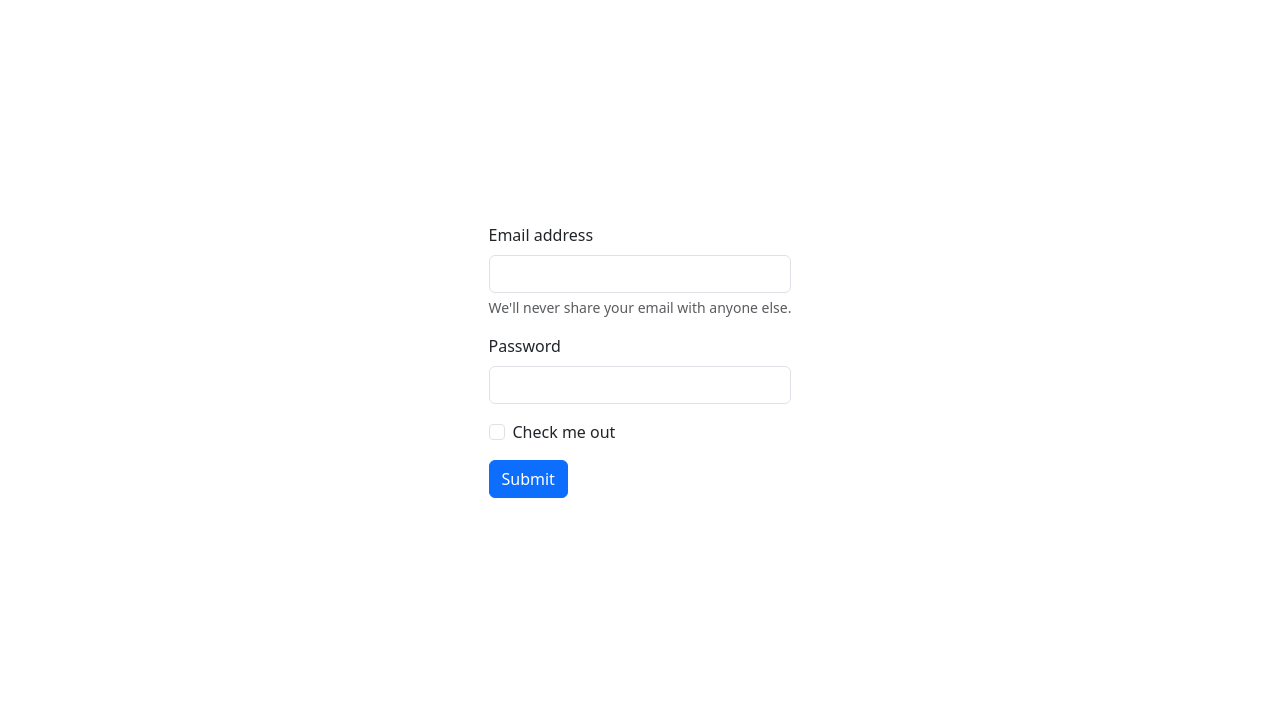
Repository: Nicktacku/webdev
Page: form.html
These files come from the project's save history. The page is drawn as it stood at one moment and after the next save; the edit follows.
The browser window is 1280 px wide. The pictures show the whole page.

Above is the page before, as saved 2024-07-15 16:11:36.

### form.html
<!DOCTYPE html>
<html lang="en">
  <head>
    <meta charset="UTF-8" />
    <meta name="viewport" content="width=device-width, initial-scale=1.0" />
    <title>Document</title>
    <link
      href="https://cdn.jsdelivr.net/npm/bootstrap@5.3.3/dist/css/bootstrap.min.css"
      rel="stylesheet"
      integrity="sha384-QWTKZyjpPEjISv5WaRU9OFeRpok6YctnYmDr5pNlyT2bRjXh0JMhjY6hW+ALEwIH"
      crossorigin="anonymous"
    />
  </head>
  <body>
    <div
      class="container min-vh-100 align-items-center d-flex justify-content-center"
    >
      <form>
        <div class="mb-3">
          <label for="exampleInputEmail1" class="form-label"
            >Email address</label
          >
          <input
            type="email"
            class="form-control"
            id="exampleInputEmail1"
            aria-describedby="emailHelp"
          />
          <div id="emailHelp" class="form-text">
            We'll never share your email with anyone else.
          </div>
        </div>
        <div class="mb-3">
          <label for="exampleInputPassword1" class="form-label">Password</label>
          <input
            type="password"
            class="form-control"
            id="exampleInputPassword1"
          />
        </div>
        <div class="mb-3 form-check">
          <input type="checkbox" class="form-check-input" id="exampleCheck1" />
          <label class="form-check-label" for="exampleCheck1"
            >Check me out</label
          >
        </div>
        <button type="submit" class="btn btn-primary">Submit</button>
      </form>
    </div>
    <script
      src="https://cdn.jsdelivr.net/npm/bootstrap@5.3.3/dist/js/bootstrap.bundle.min.js"
      integrity="sha384-YvpcrYf0tY3lHB60NNkmXc5s9fDVZLESaAA55NDzOxhy9GkcIdslK1eN7N6jIeHz"
      crossorigin="anonymous"
    ></script>
  </body>
</html>

After the next save:
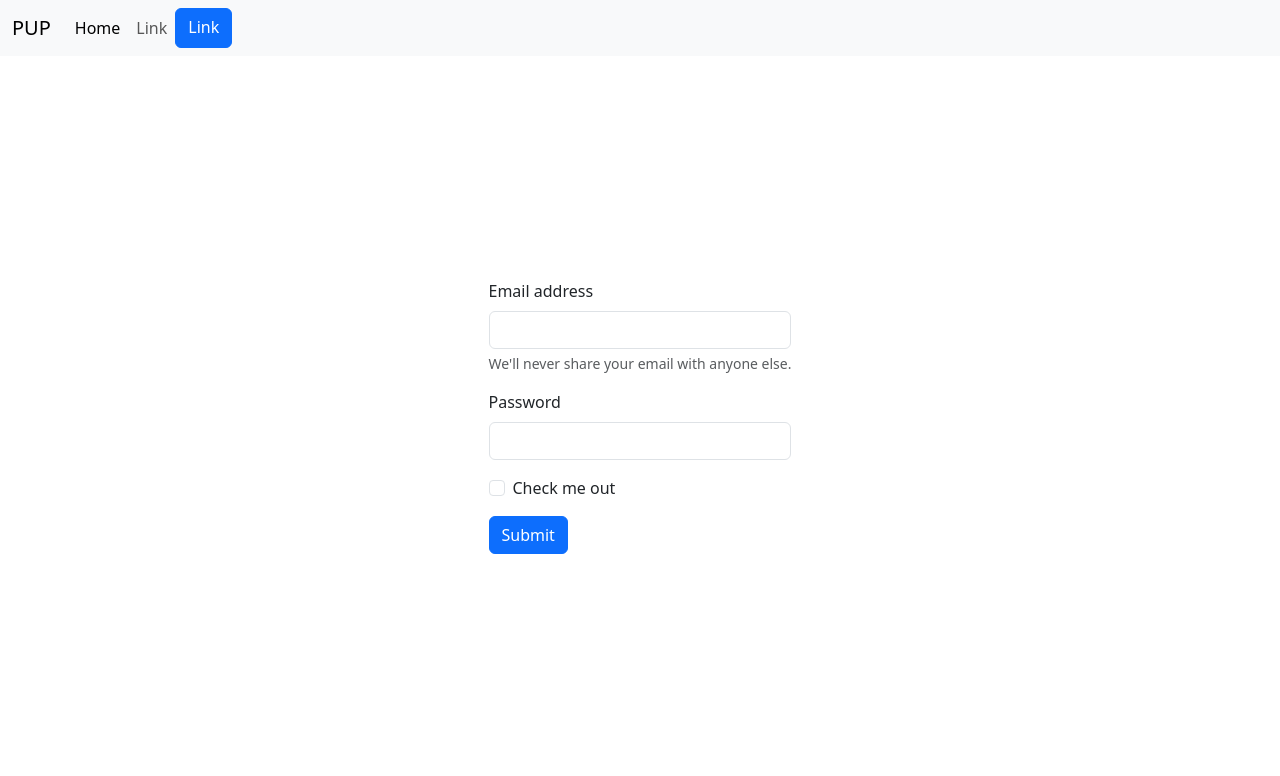
Saved 41 s later.
--- a/form.html
+++ b/form.html
@@ -12,6 +12,34 @@
     />
   </head>
   <body>
+    <!-- Navbar -->
+    <nav class="navbar navbar-expand-lg bg-body-tertiary">
+        <div class="container-fluid">
+          <a class="navbar-brand" href="#">PUP</a>
+          <button
+            class="navbar-toggler"
+            type="button"
+            data-bs-toggle="collapse"
+            data-bs-target="#navbarSupportedContent"
+            aria-controls="navbarSupportedContent"
+            aria-expanded="false"
+            aria-label="Toggle navigation"
+          >
+            <span class="navbar-toggler-icon"></span>
+          </button>
+          <div class="collapse navbar-collapse" id="navbarSupportedContent">
+            <ul class="navbar-nav me-auto mb-2 mb-lg-0">
+              <li class="nav-item">
+                <a class="nav-link active" aria-current="page" href="#">Home</a>
+              </li>
+              <li class="nav-item">
+                <a class="nav-link" href="#">Link</a>
+              </li>
+
+              <a class="btn btn-primary" href="form.html" role="button">Link</a>
+          </div>
+        </div>
+      </nav>
     <div
       class="container min-vh-100 align-items-center d-flex justify-content-center"
     >
